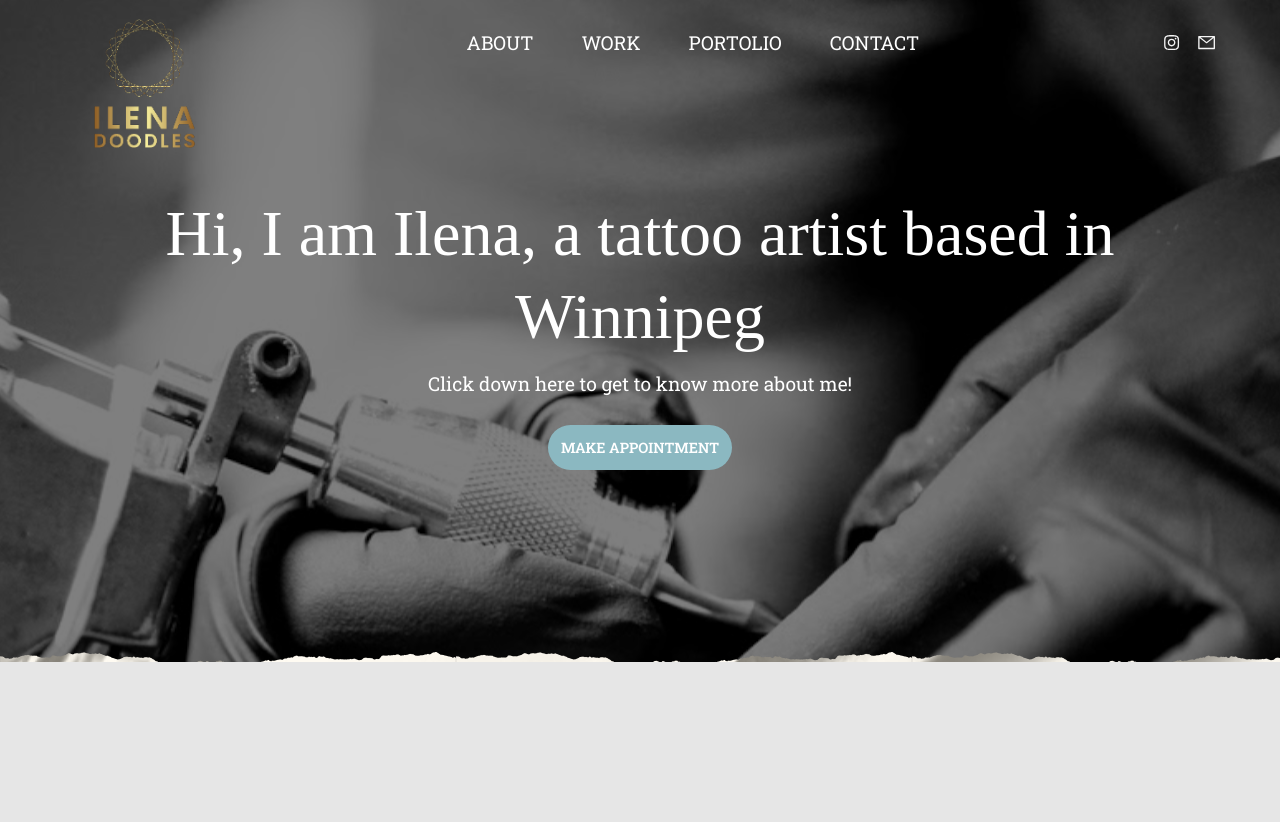
Repository: Leoka2000/Ilena
Page: /
The author's editor kept a copy of each file at every save. The page is drawn from the files as they stood at one save, then again after the next save.
The browser window is 1280 px wide. The pictures show the whole page.
Some web fonts or font styles are not loaded; a fallback is used. The project was rebuilt for these pictures with package versions that can differ from the ones it lists, and the page was loaded fresh each time. Also part of the build but not shown: src/App.css.

Above is the page before, as saved 2023-03-02 13:08:11.

### public/index.html
<!DOCTYPE html>
<html lang="en">
  <head>
    <meta charset="utf-8" />
    <link rel="icon" href="%PUBLIC_URL%/favicon.ico" />
    <meta name="viewport" content="width=device-width, initial-scale=1" />
    <meta name="theme-color" content="#000000" />
    <meta
      name="description"
      content="Web site created using create-react-app"
    />
    <link rel="apple-touch-icon" href="%PUBLIC_URL%/logo192.png" />
    <!--
      manifest.json provides metadata used when your web app is installed on a
      user's mobile device or desktop. See https://developers.google.com/web/fundamentals/web-app-manifest/
    -->

    <!-- Gloock -->
    <link rel="preconnect" href="https://fonts.googleapis.com">
<link rel="preconnect" href="https://fonts.gstatic.com" crossorigin>
<link href="https://fonts.googleapis.com/css2?family=Fira+Sans+Extra+Condensed:wght@300&family=Inter:wght@300;400;500;600;700&family=Roboto+Condensed:wght@300&family=Roboto+Slab:wght@400;500;600&display=swap" rel="stylesheet">
    <!-- Gloock -->
    <!-- FONT MULISH -->
    <link rel="preconnect" href="https://fonts.googleapis.com">
<link rel="preconnect" href="https://fonts.gstatic.com" crossorigin>
<link href="https://fonts.googleapis.com/css2?family=Fira+Sans+Extra+Condensed:wght@300&family=Inter:wght@300;400;500;600;700&family=Roboto+Condensed:wght@300&family=Roboto+Slab:wght@400;500;600&display=swap" rel="stylesheet">
    <!-- FONT MULISH -->
    <link rel="manifest" href="%PUBLIC_URL%/manifest.json" />
    <!--
      Notice the use of %PUBLIC_URL% in the tags above.
      It will be replaced with the URL of the `public` folder during the build.
      Only files inside the `public` folder can be referenced from the HTML.

      Unlike "/favicon.ico" or "favicon.ico", "%PUBLIC_URL%/favicon.ico" will
      work correctly both with client-side routing and a non-root public URL.
      Learn how to configure a non-root public URL by running `npm run build`.
    -->
    <title>React App</title>
  </head>
  <body>
    <noscript>You need to enable JavaScript to run this app.</noscript>
    <div id="root"></div>
    <!--
      This HTML file is a template.
      If you open it directly in the browser, you will see an empty page.

      You can add webfonts, meta tags, or analytics to this file.
      The build step will place the bundled scripts into the <body> tag.

      To begin the development, run `npm start` or `yarn start`.
      To create a production bundle, use `npm run build` or `yarn build`.
    -->
  </body>
</html>

### src/App.js
import Home from './pages/home/home'
import './App.css';
import Navbar from './components/navbar';

function App() {
  return (
    <>
      <Navbar/>
    <Home/>
    </>
  );
}

export default App;

### src/pages/home/home.js
import React from 'react'
import Hero from '../hero/hero'
import About from '../about/about'


const home = () => {
  return (
    <>
      <Hero/>
      <About/>
    </>
  )
}

export default home

### src/components/navbar.jsx
import React, { useRef, useState } from 'react'
import './navbar.css'
import { AiOutlineInstagram } from 'react-icons/ai'
import { AiOutlineMail } from 'react-icons/ai'
import Logo from '../assets/brand/logo.png'
import { FaBars } from 'react-icons/fa'
import { FaTimes } from 'react-icons/fa'
import { Link } from 'react-scroll'

const Navbar = () => {
  const navRef = useRef();

  const showNavbar = () => {
    navRef.current.classList.toggle("responsive_nav");
  };

  return (
    <div className='navbar-renderer'>
      <nav ref={navRef}>
        <img src={Logo} />
        <ul>
          <li><Link onClick={showNavbar} spy={true} smooth={true} offset={100} duration={500}>ABOUT</Link></li>
          <li><Link onClick={showNavbar} spy={true} smooth={true} offset={100} duration={500}>WORK</Link></li>
          <li><Link onClick={showNavbar} spy={true} smooth={true} offset={100} duration={500}>PORTOLIO</Link></li>
          <li><Link onClick={showNavbar} spy={true} smooth={true} offset={100} duration={500}>CONTACT</Link></li>
        </ul>
        <div className='navbar-icons-wrapper'>
          <a><AiOutlineInstagram /></a>
          <a><AiOutlineMail /></a>
        </div>
        <button
          className="close"
          onClick={showNavbar}>
          <FaTimes />
        </button>
      </nav>

      <button onClick={showNavbar} className='bars-button'>
        <FaBars className='bars' />
      </button>
    </div>
  )
}

export default Navbar

### src/pages/hero/hero.js
import React from 'react'
import './hero.css'

const hero = () => {
  return (
    <section className='hero-section'>
      <h1>Hi, I am Ilena, a tattoo artist based in Winnipeg</h1>
      <p>Click down here to get to know more about me!</p>
      <button>MAKE APPOINTMENT</button>
    </section>
  )
}

export default hero

### src/pages/about/about.jsx
import React from 'react'
import './about.css'

const About = () => {
  return (
    <section className='about-section'>
      <div className='left-about'></div>
      <div className='right-about'></div>
    </section>
  )
}

export default About

### src/components/navbar.css
.navbar-renderer {
    display: flex;
    justify-content: center;
    position:absolute;
    width: 100%;
    z-index: 1;
}
nav {
    display: flex;
    height: 85px;
background-color: transparent;
justify-content: space-between;
align-items: center;
width: 90%;
font-family: 'Fira Sans Extra Condensed', sans-serif;
font-family: 'Inter', sans-serif;
font-family: 'Roboto Condensed', sans-serif;
font-family: 'Roboto Slab', serif;

}
nav > img {
width: 10rem;
height: 10rem;
margin-top: 5rem;
}

nav > ul {
    display: flex;
    gap: 3rem;
    font-size: 1.2rem;
    color: white;
}
nav > ul > li:hover {
    color: rgb(133, 113, 0);
}
nav > ul > li {
   list-style: none;
   cursor: pointer;
   transition: 0.5s;

}
.navbar-icons-wrapper {
    display: flex;
    color: whitesmoke;
    font-size: 1.2rem;
    gap: 1rem;

}
.navbar-icons-wrapper > a > svg {
    transition: 0.4s;
}
.navbar-icons-wrapper > a > svg:hover {
    cursor: pointer;
    color: rgb(133, 113, 0);
}
.bars-button {
    position: fixed;
    right: 10rem;
    font-size: 2rem;
    background-color: transparent;
    outline: none;
    border: none;
    cursor: pointer;
    display: none;
}
.close {
    display: none;
}
@media only screen and (max-width: 1024px) {
    .bars-button {
        position: fixed;
        right: 1.5em;
        top: 1.5rem;
        font-size: 2rem;
        background-color: transparent;
        outline: none;
        border: none;
        cursor: pointer;
        display: flex;
    }
    .close {
        position: absolute;
		top: 1.5rem;
		right: 1.5rem;
        color: rgb(0, 0, 0);
        background: transparent;
	border: none;
	outline: none;
    display: flex;
    font-size: 1.7rem;
    cursor: pointer;
     }
    .responsive_nav{
		transform: none;
        display: flex;
        justify-content: flex-start;
		width: 100%;


	}
	nav {
        position: fixed;
		top: 0rem;
		left: 0rem;
		height: 100%;
		width: 100%;
		display: flex;
		flex-direction: column;
		align-items: center;
		justify-content: flex-start;
		gap: 2rem;
        text-align: center;
		padding-top: 5rem;
		transition: 0.8s;
		transform: translateY(-200vh);
        color: #677294;
		/* IMPORTANTE */
		background-color: rgb(206, 206, 206);
        z-index: 50;
	/* aqui que a magica acontece, esse é mt importante */
	}
}

### src/pages/hero/hero.css
.hero-section {
  position: relative;
  padding: 12rem 0 12rem 0;
  background-image: url('../../assets/brand/hero-img.png');
  object-fit: contain;
  background-position: top;
  background-attachment: scroll;
  z-index: 0;
  display: flex;
  justify-content: center;
  flex-direction: column;
  align-items: center;
  text-align: center;
  color: white;
  gap: 0.8rem;
}

.hero-section::after {
    position: absolute; /*IMPORTANT!*/
    background-color: transparent;
    content: "";
    width: 100%;
    height: 10px;
    mix-blend-mode:difference;
    left: 0;
    z-index: 1;
    bottom: 0rem;
background: url(../../assets/brand/overlay-bottom.png);
}
.hero-section::before {
  content: "";
  position: absolute;
  top: 0;
  left: 0;
  width: 100%;
  height: 100%;
  background-color: rgba(0, 0, 0, 0.5); /* adjust the opacity as needed */
  filter: brightness(0.7); /* apply the filter to the overlay */
  z-index: -1;
}

.hero-section > h1 {
  font-family: 'Gloock', serif;
  font-size: 4rem;
  width: 80%;
  filter: brightness(100%);
  color: rgb(255, 255, 255);
  line-height: 1.3;
}

.hero-section > p {
  color: rgb(255, 255, 255);
  font-size: 1.2rem;
font-family: 'Roboto Slab', serif;

}
.hero-section > button {
    background: #8bb8c1;
    padding: 0.8rem;
    border-radius: 24px;
    border: none;
    color: white;
    font-family: 'Roboto Slab', serif;
    margin-top: 1rem;
    font-weight: 900;
    font-size: 0.9rem;
    cursor: pointer;
    z-index: 0;
    transition: 0.3s;
    transform: scale(1,1);
}

.hero-section > button:hover {
    background: #ffffff;
   color: black;
    font-size: 0.9rem;
    z-index: 0;
}

### src/pages/about/about.css
.about-section {
    padding: 5rem 0 5rem 0;
    background-color: #e6e6e6;
}

Loaded but not shown: src/index.js (common file); src/index.css (common file)

After the next save:
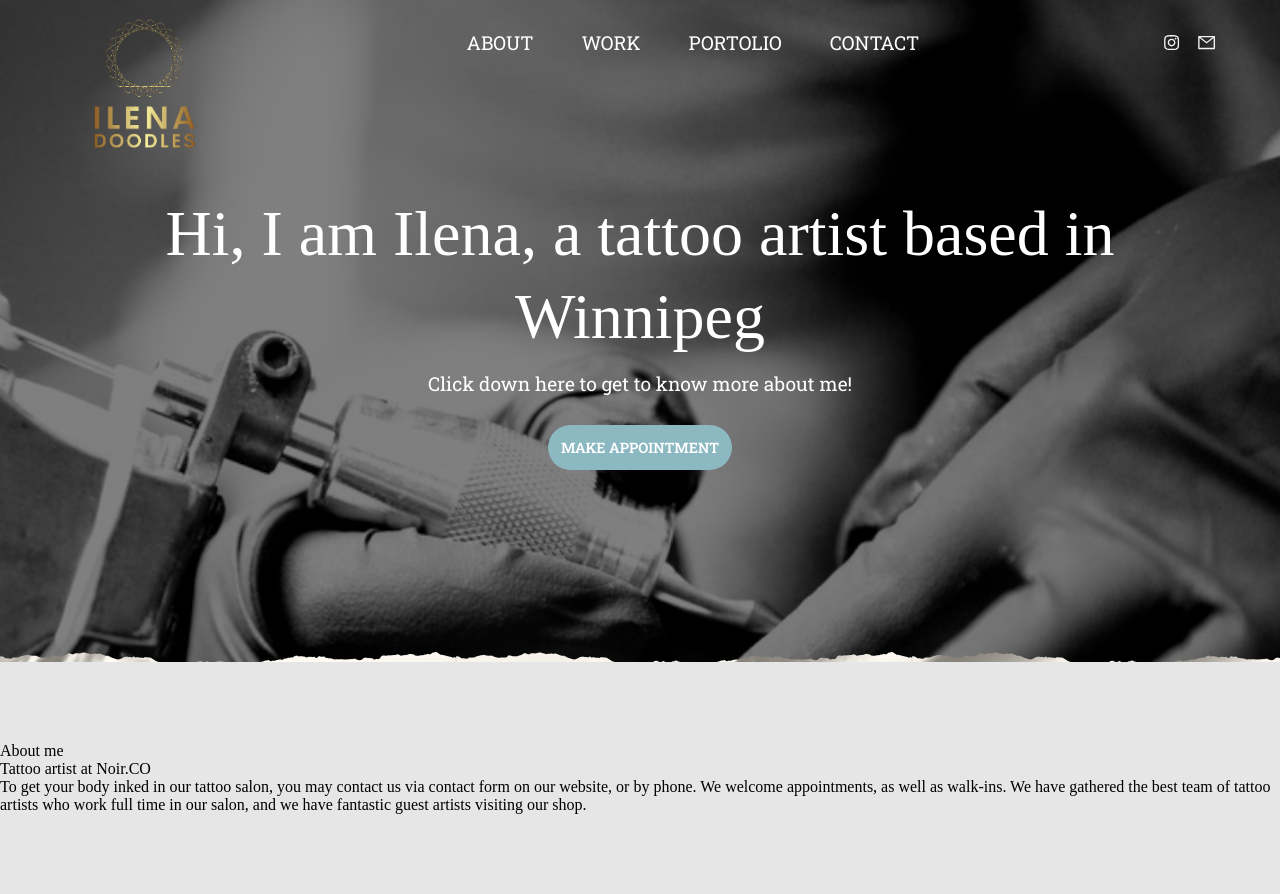
Saved 13 min 9 s later.
--- a/src/pages/about/about.jsx
+++ b/src/pages/about/about.jsx
@@ -4,7 +4,11 @@ import './about.css'
 const About = () => {
   return (
     <section className='about-section'>
-      <div className='left-about'></div>
+      <div className='left-about'>
+        <h1>About me</h1>
+        <h3>Tattoo artist at Noir.CO</h3>
+        <p>To get your body inked in our tattoo salon, you may contact us via contact form on our website, or by phone. We welcome appointments, as well as walk-ins. We have gathered the best team of tattoo artists who work full time in our salon, and we have fantastic guest artists visiting our shop.</p>
+      </div>
       <div className='right-about'></div>
     </section>
   )
